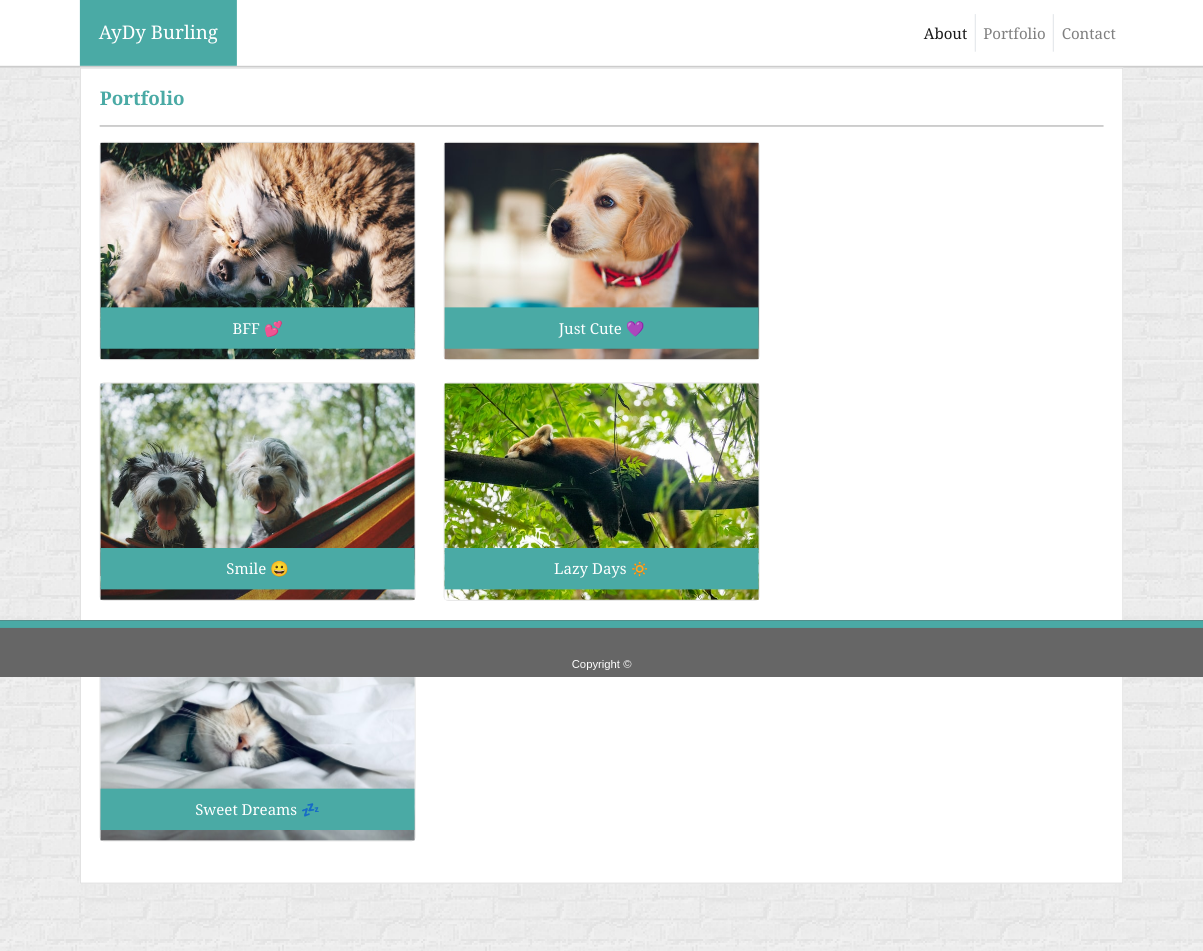
Repository: Dee1985/AyDy-Burling-prework
Page: Module-1_Assessment/portfolio.html
These files come from the project's save history. The page is drawn as it stood at one moment and after the next save; the edit follows.
The browser window is 1280 px wide. The pictures show the whole page, at 94% of full size.

Above is the page before, as saved 2020-05-22 22:35:14.

### Module-1_Assessment/portfolio.html
<!DOCTYPE html>
<html lang="en">
  <head>
    <meta charset="UTF-8" />
    <meta name="viewport" content="width=device-width, initial-scale=1.0" />
    <meta http-equiv="X-UA-Compatible" content="ie=edge" />
    <title>Portfolio</title>
    <link rel="stylesheet" href="assets/css/reset.css" />
    <link
      rel="stylesheet"
      href="https://stackpath.bootstrapcdn.com/bootstrap/4.3.1/css/bootstrap.min.css"
      integrity="sha384-ggOyR0iXCbMQv3Xipma34MD+dH/1fQ784/j6cY/iJTQUOhcWr7x9JvoRxT2MZw1T"
      crossorigin="anonymous"
    />
    <link rel="stylesheet" href="assets/css/style.css" />
  </head>
  <body>
    <nav class="navbar navbar-light navbar-expand-lg p-0 card-gallery ">
      <div class="container">
        <a href="# "class="navbar-brand text-white"
          >AyDy Burling</a>
          <button
              class="navbar-toggler"
              type="button"
              data-toggle="collapse"
              data-target="#navbarTogglerDemo02"
              aria-controls="navbarTogglerDemo02"
              aria-expanded="false"
              aria-label="Toggle navigation"
            >
              <span class="navbar-toggler-icon"></span>
            </button>
            <div class="collapse navbar-collapse" id="navbarTogglerDemo02">
              <ul class="navbar-nav ml-auto mt-2 mt-lg-0">
                <li class="nav-item active">
                  <a class="nav-link border-right" href="index.html">About</a>
                </li>
                <li class="nav-item">
                  <a class="nav-link border-right" href="#">Portfolio</a>
                </li>
                <li class="nav-item">
                  <a class="nav-link" href="contact.html" tabindex="-1">Contact</a>
                </li>
              </ul>
            </div>
          </nav>

    <section class="card-gallery">
      <div class="container">
        <div class="row">
          <div class="col-lg-12 mb-4 pb-5">
            <div class="card rounded-0 mb-0">
              <div class="card-body mt-9">
              <h5 class="card-title">Portfolio</h5>
              <hr />
              <!-- start of cards -->
            <div class="row justify-content-start">
              <!-- first card -->
                     <div class="col-lg-4 mb-4">
                            <div class="card text-white">
                                <img src="assets/img/krista-mangulsone-9gz3wfHr65U-unsplash.jpg" width="100%" height="230" alt="cat and dog cuddles">
                                <div class="card-heading text-center">
                                    BFF 💕
                                </div>
                            </div>
                        </div>
               <!-- second card -->
                   <div class="col-lg-4 mb-4">
                            <div class="card text-white">
                                <img src="assets/img/berkay-gumustekin-ngqyo2AYYnE-unsplash.jpg" width="100%" height="230" alt="puppy pic">
                                <div class="card-heading text-center">
                                    Just Cute 💜
                                </div>
                            </div>
                        </div>
            </div>
               <!-- third card -->
               <div class="row">
    <div class="col-lg-4 mb-4">
                            <div class="card text-white">
                                <img src="assets/img/alvan-nee-FHl79chXS6s-unsplash.jpg" width="100%" height="230"alt="two dogs smiling">
                                <div class="card-heading text-center">
                                    Smile 😀
                                </div>
                            </div>
                        </div>
               <!-- fourth card -->
                   <div class="col-lg-4 mb-4">
                            <div class="card text-white">
                                <img src="assets/img/chris-curry-GYpsSWHslHA-unsplash.jpg" width="100%" height="230" alt="animal sleeping on branch">
                                <div class="card-heading text-center">
                                    Lazy Days 🔅
                                </div>
                            </div>
                        </div>
                        </div>
               <!-- fifth card -->
               <div class="row justify-content-start">
                   <div class="col-lg-4 mb-4">
                            <div class="card text-white">
                                <img src="assets/img/kate-stone-matheson-uy5t-CJuIK4-unsplash.jpg" width="100%" height="230" alt="cat under a blanket">
                                <div class="card-heading text-center">
                                    Sweet Dreams 💤
                                </div>
                            </div>
                        </div>
                        </div>

            </div>
              </div>
            </div>
          </div>
        </div>
      </div>
    </section>
    <footer>
      <div class="fixed text-center text-white"> Copyright &copy;</div>
    </footer>

    <script
      src="https://code.jquery.com/jquery-3.3.1.slim.min.js"
      integrity="sha384-q8i/X+965DzO0rT7abK41JStQIAqVgRVzpbzo5smXKp4YfRvH+8abtTE1Pi6jizo"
      crossorigin="anonymous"
    ></script>
    <script
      src="https://cdnjs.cloudflare.com/ajax/libs/popper.js/1.14.7/umd/popper.min.js"
      integrity="sha384-UO2eT0CpHqdSJQ6hJty5KVphtPhzWj9WO1clHTMGa3JDZwrnQq4sF86dIHNDz0W1"
      crossorigin="anonymous"
    ></script>
    <script
      src="https://stackpath.bootstrapcdn.com/bootstrap/4.3.1/js/bootstrap.min.js"
      integrity="sha384-JjSmVgyd0p3pXB1rRibZUAYoIIy6OrQ6VrjIEaFf/nJGzIxFDsf4x0xIM+B07jRM"
      crossorigin="anonymous"
    ></script>
  </body>
</html>

### Module-1_Assessment/assets/css/style.css
* {
	box-sizing: border-box;
	margin: 0;
	padding: 0;
}

section {
	/* https://www.toptal.com/designers/subtlepatterns/?s=brick */
	background-image: url('../img/brickwall_@2X.png');
	background-position: center;
}

nav {
	font-family: Cambria, Cochin, Georgia, Times, 'Times New Roman', serif;
}

.btn {
	background-color: #4aaaa5;
	border-color: #4aaaa5;
}
.navbar {
	border-bottom: 2px solid #cccccc;
}
a.navbar-brand {
	background-color: #4aaaa5;
	padding: 20px;
	margin: 0;
}
hr {
	border-top: 2px solid;
	border-color: #cccccc;
}

.card {
	font-family: Arial, Helvetica, sans-serif;
	border-color: #dddddd;
	height: auto;
}
.card-title {
	font-size: 20px;
	color: #4aaaa5;
	font-family: Cambria, Cochin, Georgia, Times, 'Times New Roman', serif;
	font-weight: bold;
}
.card-heading {
	background-color: #4aaaa5;
	font-size: 16px;
	font-family: Cambria, Cochin, Georgia, Times, 'Times New Roman', serif;
	position: absolute;
	bottom: 5%;
	width: 100%;
	padding-top: 10px;
	padding-bottom: 10px;
}

footer {
	position: fixed;
	left: 0;
	bottom: 0;
	width: 100%;
	border-top: 8px solid #4aaaa5;
	background-color: #666666;
	color: #ffffff;
	font-family: Arial, 'Helvetica Neue', Helvetica, sans-serif;
	font-size: 12px;
	height: 60px;
	padding-top: 30px;
}

Loaded but not shown: Module-1_Assessment/assets/css/reset.css (common file)

After the next save:
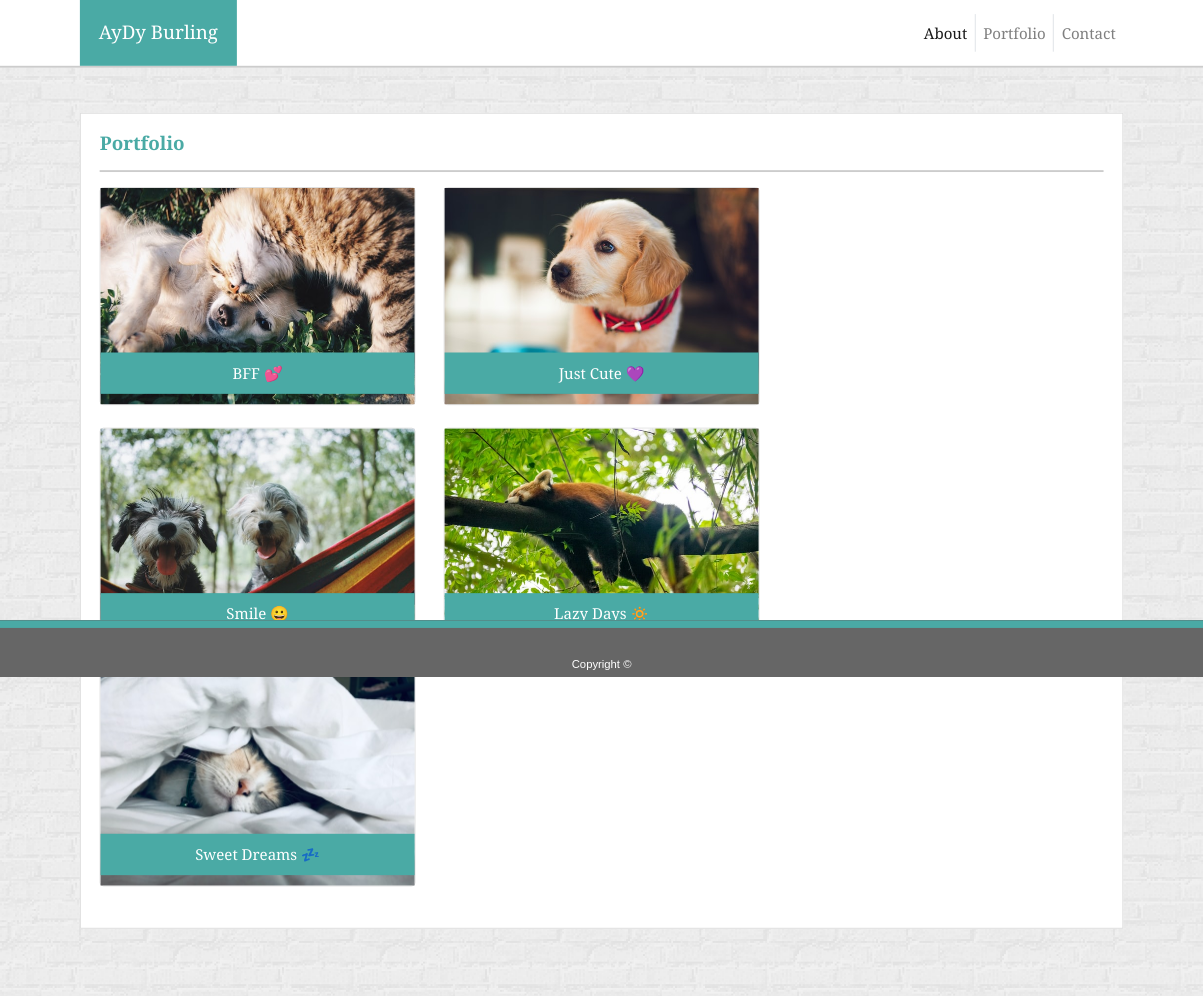
Saved 43 s later.
--- a/Module-1_Assessment/portfolio.html
+++ b/Module-1_Assessment/portfolio.html
@@ -48,7 +48,7 @@
     <section class="card-gallery">
       <div class="container">
         <div class="row">
-          <div class="col-lg-12 mb-4 pb-5">
+          <div class="col-lg-12 mb-4 mt-5 pb-5">
             <div class="card rounded-0 mb-0">
               <div class="card-body mt-9">
               <h5 class="card-title">Portfolio</h5>
